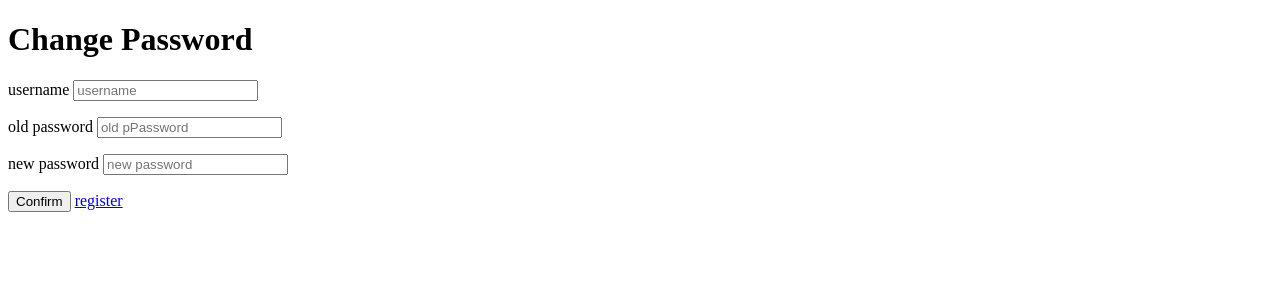
Repository: seantao97/publicProjects
Page: GuessTwoo/v8/Aptana Javascript/GuessTwooServer/views/change_password.html
The author's editor kept a copy of each file at every save. The page is drawn from the files as they stood at one save, then again after the next save.
The browser window is 1280 px wide. The pictures show the whole page.

Above is the page before, as saved 2016-07-18 02:03:24.

After the next save:
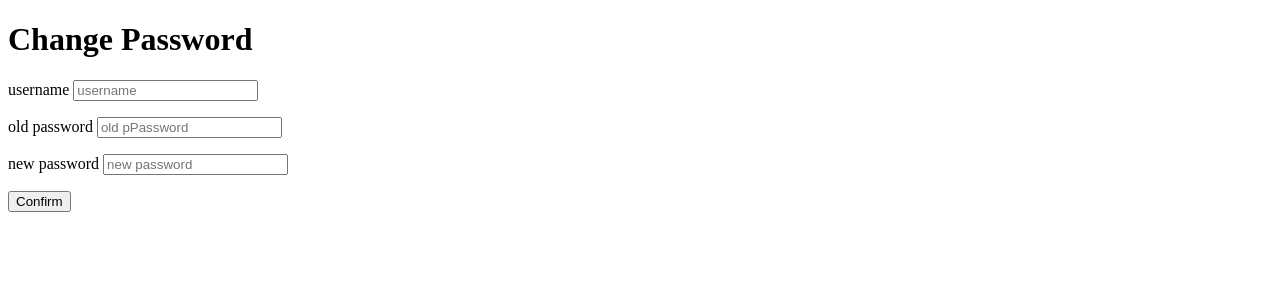
Saved 10 s later.
--- a/GuessTwoo/v8/Aptana Javascript/GuessTwooServer/views/change_password.html
+++ b/GuessTwoo/v8/Aptana Javascript/GuessTwooServer/views/change_password.html
@@ -7,7 +7,7 @@
 	</head>
 	<body>
 		<h1>Change Password</h1>
-		<form method="post" id="changePasswordForm" action="/signin">
+		<form method="post" id="changePasswordForm" action="/changePasswordPost">
 			<p>
 				<label for="username">username</label>
 				<input type="text" name="username" id="username"
@@ -32,7 +32,6 @@
 			-->
 			<p>
 				<input type="submit" name="changePassword" id="changePassword" value="Confirm"/>
-				<a href="/changePasswordPost" title="changePassword">register</a>
 			</p>
 
 		</form>
